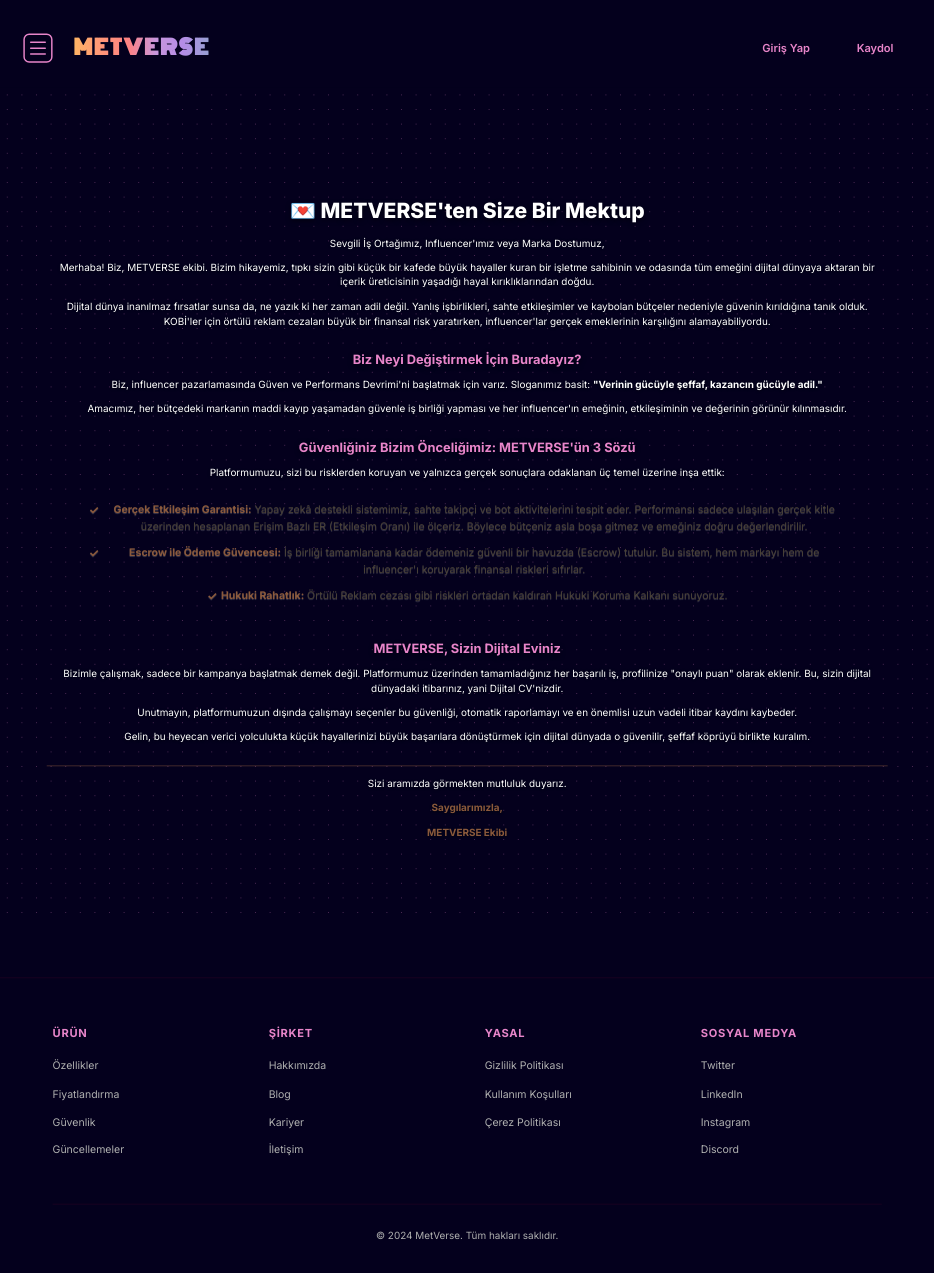
Repository: Irmaksuvari/metverse-github
Page: MetVerse Site/Hakkimizda.html
An editor plug-in stored every save of this project. The page is shown before and after the next save, followed by the edit.
The browser window is 1280 px wide. The pictures show the whole page, at 73% of full size.

Above is the page before, as saved 2025-12-21 00:21:43.

### MetVerse Site/Hakkimizda.html
<!DOCTYPE html>
<html lang="tr">
<head>
    <meta charset="UTF-8">
    <meta name="viewport" content="width=device-width, initial-scale=1.0">
    <title>Hakkımızda - MetVerse</title>
    <link href="https://fonts.googleapis.com/css2?family=Inter:wght@300;400;500;600;700;800&family=Roboto:wght@400;500;700&display=swap" rel="stylesheet">
    <link rel="stylesheet" href="styles.css">
    <style>
        .about-section {
            background-color: rgb(4, 0, 29);
            background-image: radial-gradient(circle, rgba(232, 133, 202, 0.3) 1px, transparent 1px);
            background-size: 20px 20px;
            min-height: 100vh;
            padding: 120px 1rem 4rem 1rem;
            position: relative;
        }

        .about-container {
            max-width: 100%;
            margin: 0 auto;
            background-color: transparent;
            border-radius: 0;
            padding: 2rem 3rem;
            box-shadow: none;
            position: relative;
            z-index: 2;
            min-height: auto;
            display: flex;
            flex-direction: column;
            justify-content: flex-start;
            overflow-y: visible;
            max-height: none;
            aspect-ratio: auto;
        }

        .about-container h1 {
            font-size: 1.8rem;
            font-weight: 800;
            color: #ffffff;
            margin-bottom: 1rem;
            text-align: center;
            line-height: 1.2;
            text-shadow: 0 2px 8px rgba(0, 0, 0, 0.5);
        }

        .about-container h2 {
            font-size: 1.1rem;
            font-weight: 700;
            color: #e885ca;
            margin-top: 1rem;
            margin-bottom: 0.6rem;
            text-align: center;
            text-shadow: 0 2px 8px rgba(0, 0, 0, 0.5);
        }

        .about-container p {
            font-size: 0.85rem;
            color: #ffffff;
            line-height: 1.5;
            margin-bottom: 0.8rem;
            text-align: center;
            text-shadow: 0 1px 3px rgba(0, 0, 0, 0.5);
        }

        .about-container ul {
            list-style: none;
            padding: 0;
            margin: 1rem 0 1.2rem 0;
            display: flex;
            flex-direction: column;
            align-items: center;
        }

        .about-container li {
            font-size: 0.85rem;
            color: #4a4237;
            line-height: 1.5;
            margin-bottom: 0.8rem;
            padding-left: 1.5rem;
            position: relative;
            text-align: center;
            max-width: 90%;
            text-shadow: 0 1px 1px rgba(255, 255, 255, 0.2);
        }

        .about-container li:before {
            content: "✓";
            position: absolute;
            left: 0;
            color: #8B5A3C;
            font-weight: bold;
            font-size: 1rem;
            margin-right: 0.5rem;
        }

        .about-container li strong {
            color: #8B5A3C;
            font-weight: 700;
        }

        .about-footer-text {
            margin-top: 1rem;
            padding-top: 0.8rem;
            border-top: 2px solid rgba(139, 90, 60, 0.3);
            text-align: center;
            font-size: 0.85rem;
            color: #4a4237;
            line-height: 1.5;
            text-shadow: 0 1px 1px rgba(255, 255, 255, 0.2);
        }

        .about-footer-text strong {
            color: #8B5A3C;
            font-weight: 700;
        }

        @media (max-width: 768px) {
            .about-section {
                padding: 120px 1rem 2rem 1rem;
            }

            .about-container {
                padding: 1rem 0.8rem;
                max-height: 85vh;
                min-height: 450px;
            }

            .about-container h1 {
                font-size: 1.4rem;
                margin-bottom: 0.8rem;
            }

            .about-container h2 {
                font-size: 0.95rem;
                margin-top: 0.8rem;
                margin-bottom: 0.5rem;
            }

            .about-container p,
            .about-container li,
            .about-footer-text {
                font-size: 0.78rem;
                line-height: 1.4;
            }
        }

        @media (max-width: 480px) {
            .about-section {
                padding: 120px 0.5rem 1.5rem 0.5rem;
            }

            .about-container {
                padding: 0.8rem 0.6rem;
                border-radius: 12px;
                max-height: 90vh;
                min-height: 400px;
            }

            .about-container h1 {
                font-size: 1.1rem;
                margin-bottom: 0.6rem;
            }

            .about-container h2 {
                font-size: 0.85rem;
                margin-top: 0.6rem;
                margin-bottom: 0.4rem;
            }

            .about-container p,
            .about-container li,
            .about-footer-text {
                font-size: 0.75rem;
                line-height: 1.3;
            }
        }
            .about-container li,
            .about-footer-text {
                font-size: 0.9rem;
                line-height: 1.6;
            }

            .about-container li {
                padding-left: 1.2rem;
            }
        }
    </style>
</head>
<body>
    <!-- Dinamik Header Bileşeni -->
    <div id="header-container"></div>
    <script src="js/header.js"></script>
    <!-- Navigation -->


    <!-- About Section -->
    <section class="about-section">
        <div class="about-container">
            <h1>💌 METVERSE'ten Size Bir Mektup</h1>

            <p>Sevgili İş Ortağımız, Influencer'ımız veya Marka Dostumuz,</p>

            <p>Merhaba! Biz, METVERSE ekibi. Bizim hikayemiz, tıpkı sizin gibi küçük bir kafede büyük hayaller kuran bir işletme sahibinin ve odasında tüm emeğini dijital dünyaya aktaran bir içerik üreticisinin yaşadığı hayal kırıklıklarından doğdu.</p>

            <p>Dijital dünya inanılmaz fırsatlar sunsa da, ne yazık ki her zaman adil değil. Yanlış işbirlikleri, sahte etkileşimler ve kaybolan bütçeler nedeniyle güvenin kırıldığına tanık olduk. KOBİ'ler için örtülü reklam cezaları büyük bir finansal risk yaratırken, influencer'lar gerçek emeklerinin karşılığını alamayabiliyordu.</p>

            <h2>Biz Neyi Değiştirmek İçin Buradayız?</h2>

            <p>Biz, influencer pazarlamasında Güven ve Performans Devrimi'ni başlatmak için varız. Sloganımız basit: <strong>"Verinin gücüyle şeffaf, kazancın gücüyle adil."</strong></p>

            <p>Amacımız, her bütçedeki markanın maddi kayıp yaşamadan güvenle iş birliği yapması ve her influencer'ın emeğinin, etkileşiminin ve değerinin görünür kılınmasıdır.</p>

            <h2>Güvenliğiniz Bizim Önceliğimiz: METVERSE'ün 3 Sözü</h2>

            <p>Platformumuzu, sizi bu risklerden koruyan ve yalnızca gerçek sonuçlara odaklanan üç temel üzerine inşa ettik:</p>

            <ul>
                <li><strong>Gerçek Etkileşim Garantisi:</strong> Yapay zekâ destekli sistemimiz, sahte takipçi ve bot aktivitelerini tespit eder. Performansı sadece ulaşılan gerçek kitle üzerinden hesaplanan Erişim Bazlı ER (Etkileşim Oranı) ile ölçeriz. Böylece bütçeniz asla boşa gitmez ve emeğiniz doğru değerlendirilir.</li>

                <li><strong>Escrow ile Ödeme Güvencesi:</strong> İş birliği tamamlanana kadar ödemeniz güvenli bir havuzda (Escrow) tutulur. Bu sistem, hem markayı hem de influencer'ı koruyarak finansal riskleri sıfırlar.</li>

                <li><strong>Hukuki Rahatlık:</strong> Örtülü Reklam cezası gibi riskleri ortadan kaldıran Hukuki Koruma Kalkanı sunuyoruz.</li>
            </ul>

            <h2>METVERSE, Sizin Dijital Eviniz</h2>

            <p>Bizimle çalışmak, sadece bir kampanya başlatmak demek değil. Platformumuz üzerinden tamamladığınız her başarılı iş, profilinize "onaylı puan" olarak eklenir. Bu, sizin dijital dünyadaki itibarınız, yani Dijital CV'nizdir.</p>

            <p>Unutmayın, platformumuzun dışında çalışmayı seçenler bu güvenliği, otomatik raporlamayı ve en önemlisi uzun vadeli itibar kaydını kaybeder.</p>

            <p>Gelin, bu heyecan verici yolculukta küçük hayallerinizi büyük başarılara dönüştürmek için dijital dünyada o güvenilir, şeffaf köprüyü birlikte kuralım.</p>

            <div class="about-footer-text">
                <p>Sizi aramızda görmekten mutluluk duyarız.</p>
                <p><strong>Saygılarımızla,</strong></p>
                <p><strong>METVERSE Ekibi</strong></p>
            </div>
        </div>
    </section>

    <!-- Footer -->
    <footer>
        <div class="container">
            <div class="footer-content">
                <div class="footer-section">
                    <h4>Ürün</h4>
                    <ul>
                        <li><a href="#features">Özellikler</a></li>
                        <li><a href="#">Fiyatlandırma</a></li>
                        <li><a href="#">Güvenlik</a></li>
                        <li><a href="#">Güncellemeler</a></li>
                    </ul>
                </div>
                <div class="footer-section">
                    <h4>Şirket</h4>
                    <ul>
                        <li><a href="#">Hakkımızda</a></li>
                        <li><a href="#">Blog</a></li>
                        <li><a href="#">Kariyer</a></li>
                        <li><a href="#">İletişim</a></li>
                    </ul>
                </div>
                <div class="footer-section">
                    <h4>Yasal</h4>
                    <ul>
                        <li><a href="#">Gizlilik Politikası</a></li>
                        <li><a href="#">Kullanım Koşulları</a></li>
                        <li><a href="#">Çerez Politikası</a></li>
                    </ul>
                </div>
                <div class="footer-section">
                    <h4>Sosyal Medya</h4>
                    <ul>
                        <li><a href="#">Twitter</a></li>
                        <li><a href="#">LinkedIn</a></li>
                        <li><a href="#">Instagram</a></li>
                        <li><a href="#">Discord</a></li>
                    </ul>
                </div>
            </div>
            <div class="footer-bottom">
                <p>&copy; 2024 MetVerse. Tüm hakları saklıdır.</p>
            </div>
        </div>
    </footer>


</body>
</html>

### MetVerse Site/includes/header.html
<nav class="main-header">
    <div class="header-container">
        <!-- SOL: Toggle Menü Butonu + Logo -->
        <div class="header-left">
            <button class="menu-toggle" id="menuToggle">
                <span></span>
                <span></span>
                <span></span>
            </button>
            <a href="/" class="logo-wrapper logo-text-wrapper">
                <span class="logo-text">METVERSE</span>
            </a>
        </div>

        <!-- ORTA: Giriş Yapılı Kullanıcı Navigasyonu -->
        <div class="header-center">
            <nav class="authenticated-nav" id="authenticatedNav" style="display: none;">
                <a href="/influencer-anasayfa" class="nav-item">Profil</a>
                <a href="/analyses" class="nav-item">Analizler</a>
                <a href="/basvuru-ve-teklifler" class="nav-item">Başvuru ve Teklifler</a>
                <a href="/kesfet" class="nav-item">Keşfet</a>
            </nav>
            <nav class="authenticated-nav" id="markaAuthenticatedNav" style="display: none;">
                <a href="/marka-anasayfa" class="nav-item" id="markaProfilLink">Profil</a>
                <a href="/kampanyalarim" class="nav-item" id="markaKampanyalarimLink">Kampanyalarım</a>
                <a href="/analyses" class="nav-item">İşbirliği Analizleri</a>
                <a href="/isbirlikleri" class="nav-item" id="markaIsbirliklerLink">İşbirlikleri</a>
                <a href="/kesfet-marka" class="nav-item" id="markaKesfetLink">Keşfet</a>
            </nav>
        </div>

        <!-- SAĞ: Aksiyon Butonları (Misafir Modu) veya Profil (Giriş Yapılı) -->
        <div class="header-right">
            <!-- GÖRÜNÜM 1: Giriş Yapılı Değilse (Misafir Header) -->
            <div id="general-nav-actions" class="nav-actions">
                <a href="/giris-yap" class="nav-btn login-btn">Giriş Yap</a>
                <a href="/kayit-secim" class="nav-btn register-btn">Kaydol</a>
            </div>

            <!-- GÖRÜNÜM 2: Giriş Yapılı İse (Influencer Header) -->
            <div id="user-nav-actions" class="nav-actions" style="display: none;">
                <div class="profile-section">
                    <div class="profile-name-display" id="profileNameDisplay">
                        <span id="displayUserName">Kullanıcı</span>
                    </div>
                    <button id="profileBtn" class="profile-btn">
                        <span class="profile-icon">👤</span>
                    </button>
                    <div class="dropdown-menu" id="dropdownMenu" style="display: none;">
                        <div class="dropdown-header">
                            <div class="user-info">
                                <h4 id="userName">Kullanıcı Adı</h4>
                                <p id="userEmail">email@example.com</p>
                            </div>
                        </div>
                        <div class="dropdown-divider"></div>
                        <button id="hesabıTamamlaBtn" class="dropdown-item hesabi-tamamla-btn">✓ Hesabı Tamamla</button>
                        <button id="baglantilarBtn" class="dropdown-item baglantilar-btn">🔗 Bağlantılar</button>
                        <button id="logoutBtn" class="dropdown-item logout-btn">Çıkış Yap</button>
                    </div>
                </div>
            </div>
        </div>

        <!-- Yan Menü (Sidebar) -->
        <div class="nav-menu" id="navMenu">
            <a href="/" class="nav-menu-item">Anasayfa</a>
            <a href="/basari-hikayeleri" class="nav-menu-item">Başarı Hikayeleri</a>
            <a href="/blog" class="nav-menu-item">Blog</a>
            <a href="/hakkimizda" class="nav-menu-item">Hakkımızda</a>
            <a href="/iletisim" class="nav-menu-item">İletişim</a>
        </div>
        <div class="nav-overlay" id="navOverlay"></div>
    </div>
</nav>

Loaded but not shown: MetVerse Site/js/header.js (1905 lines, source omitted); MetVerse Site/styles.css (3385 lines, source omitted)

After the next save:
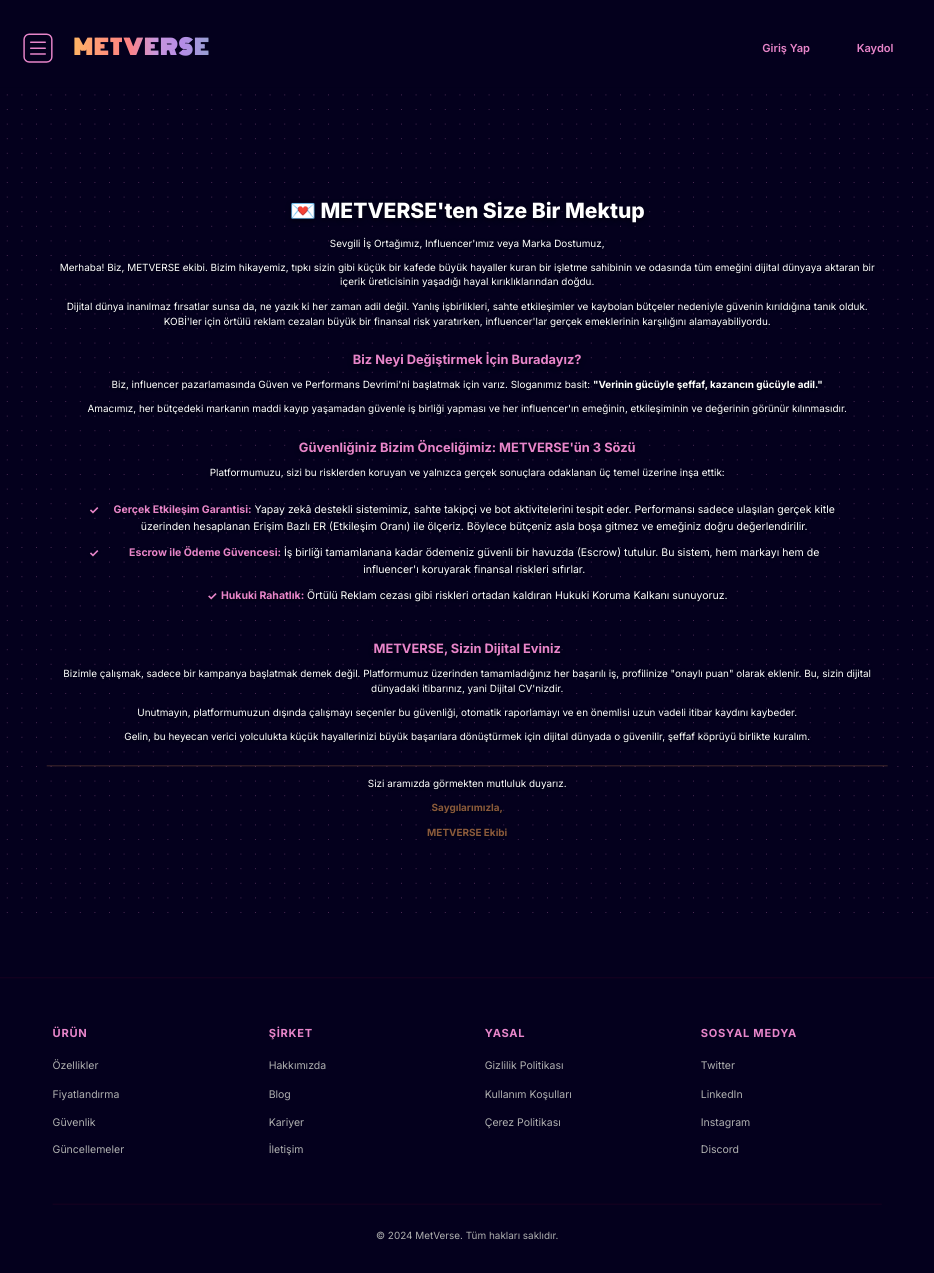
Saved 5 s later.
--- a/MetVerse Site/Hakkimizda.html
+++ b/MetVerse Site/Hakkimizda.html
@@ -74,28 +74,28 @@
 
         .about-container li {
             font-size: 0.85rem;
-            color: #4a4237;
+            color: #ffffff;
             line-height: 1.5;
             margin-bottom: 0.8rem;
             padding-left: 1.5rem;
             position: relative;
             text-align: center;
             max-width: 90%;
-            text-shadow: 0 1px 1px rgba(255, 255, 255, 0.2);
+            text-shadow: 0 1px 3px rgba(0, 0, 0, 0.5);
         }
 
         .about-container li:before {
             content: "✓";
             position: absolute;
             left: 0;
-            color: #8B5A3C;
+            color: #e885ca;
             font-weight: bold;
             font-size: 1rem;
             margin-right: 0.5rem;
         }
 
         .about-container li strong {
-            color: #8B5A3C;
+            color: #e885ca;
             font-weight: 700;
         }
 
